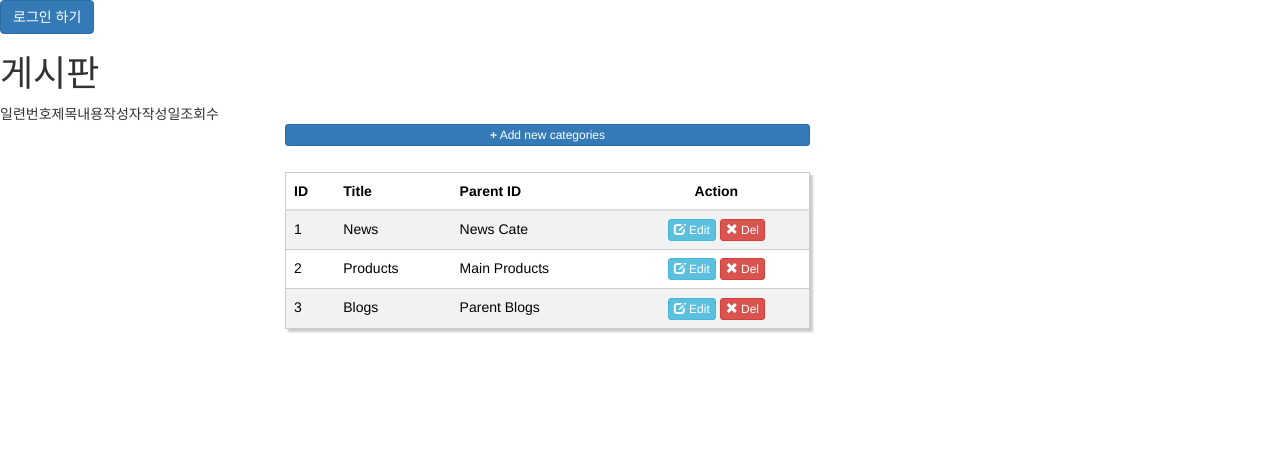
Repository: cheez0909/JSP
Page: http://localhost/1103/session/ServletEX/Board.jsp
The author's editor kept a copy of each file at every save. The page is drawn from the files as they stood at one save, then again after the next save.
The browser window is 1280 px wide. The pictures show the whole page.
Some web libraries are served in a nearby version. The page is served by Tomcat 9. Other server files are loaded and not shown. The template is opened directly, without the code that normally fills it, so the values that code supplies are empty.

Above is the page before, as saved 2023-11-09 05:18:53.

### 1103/src/main/webapp/session/ServletEX/Board.jsp
<%@page import="com.momo.dto.BoardDTO"%>
<%@page import="java.util.List"%>
<%@page import="com.momo.dto.memberDTO"%>
<%@ page language="java" contentType="text/html; charset=UTF-8"
    pageEncoding="UTF-8"%>
<!DOCTYPE html>
<html>
<head>
<meta charset="UTF-8">
<title>게시판</title>
<link href="https://cdn.jsdelivr.net/npm/bootstrap@5.3.1/dist/css/bootstrap.min.css" rel="stylesheet" integrity="sha384-4bw+/aepP/YC94hEpVNVgiZdgIC5+VKNBQNGCHeKRQN+PtmoHDEXuppvnDJzQIu9" crossorigin="anonymous">
<link href="http://netdna.bootstrapcdn.com/bootstrap/3.0.0/css/bootstrap.min.css" rel="stylesheet">
    <style type="text/css">
        .custab{
    border: 1px solid #ccc;
    padding: 5px;
    margin: 5% 0;
    box-shadow: 3px 3px 2px #ccc;
    transition: 0.5s;
    }
.custab:hover{
    box-shadow: 3px 3px 0px transparent;
    transition: 0.5s;
    }
    </style>

<script src="http://code.jquery.com/jquery-1.11.1.min.js"></script>
    <script src="http://netdna.bootstrapcdn.com/bootstrap/3.0.0/js/bootstrap.min.js"></script>

<script>
window.onload = function() {

	let logoutBtn = document.querySelector("#logout_button");

	if(logoutBtn!=null){
		logoutBtn.onclick = function(){
			alert("로그아웃합니다.");
			LoginForm.action = "/LogoutController";
			LoginForm.submit();
		};
	}



	let loginBtn = document.querySelector("#login_button");

	// 널처리를 안하면 오류남!
	if(loginBtn!=null){
	loginBtn.addEventListener('click', function(){
		alert("로그인합니다")
		LoginForm.action = "Login.jsp";
		LoginForm.submit();
	});
	}
}
</script>
</head>
<body>
<!-- 로그인 / 로그아웃 링크 보여주기
	세션에 user_id가 null이 아니라면 로그아웃 버튼
	null이면 로그인
 -->
<form name="LoginForm">
<%

	memberDTO dto = (memberDTO) session.getAttribute("dto");
	if(dto!=null){ %>
		<%=dto.getName() %> 님 환영합니다
		<button type="button" class="btn btn-primary" id="logout_button" style="user-select: auto;">로그아웃 하기</button>
	<%} else {%>
		<button type="button" class="btn btn-primary" id="login_button" style="user-select: auto;">로그인 하기</button>
	<%} %>
</form>




	<h1>게시판</h1>
	<table>
		<tr>
			<td>일련번호</td>
			<td>제목</td>
			<td>내용</td>
			<td>작성자</td>
			<td>작성일</td>
			<td>조회수</td>
		</tr>

<%
	if(request.getAttribute("boarddto")!=null){
		List<BoardDTO> dtos = ( List<BoardDTO> ) request.getAttribute("boarddto");
		for(BoardDTO num : dtos){%>
			<tr>
				<td><%=num.getNum() %></td>
				<td><%=num.getTitle() %></td>
				<td><%=num.getContent() %></td>
				<td><%=num.getId() %></td>
				<td><%=num.getPostdate() %></td>
				<td><%=num.getVisitcount() %></td>
			</tr>

<%}
}%>
</table>


<div class="container">
    <div class="row col-md-6 col-md-offset-2 custyle">
    <table class="table table-striped custab">
    <thead>
    <a href="#" class="btn btn-primary btn-xs pull-right"><b>+</b> Add new categories</a>
        <tr>
            <th>ID</th>
            <th>Title</th>
            <th>Parent ID</th>
            <th class="text-center">Action</th>
        </tr>
    </thead>
            <tr>
                <td>1</td>
                <td>News</td>
                <td>News Cate</td>
                <td class="text-center"><a class='btn btn-info btn-xs' href="#"><span class="glyphicon glyphicon-edit"></span> Edit</a> <a href="#" class="btn btn-danger btn-xs"><span class="glyphicon glyphicon-remove"></span> Del</a></td>
            </tr>
            <tr>
                <td>2</td>
                <td>Products</td>
                <td>Main Products</td>
                <td class="text-center"><a class='btn btn-info btn-xs' href="#"><span class="glyphicon glyphicon-edit"></span> Edit</a> <a href="#" class="btn btn-danger btn-xs"><span class="glyphicon glyphicon-remove"></span> Del</a></td>
            </tr>
            <tr>
                <td>3</td>
                <td>Blogs</td>
                <td>Parent Blogs</td>
                <td class="text-center"><a class='btn btn-info btn-xs' href="#"><span class="glyphicon glyphicon-edit"></span> Edit</a> <a href="#" class="btn btn-danger btn-xs"><span class="glyphicon glyphicon-remove"></span> Del</a></td>
            </tr>
    </table>
    </div>
</div>
<script type="text/javascript"></script>
	<script src="https://cdn.jsdelivr.net/npm/bootstrap@5.3.1/dist/js/bootstrap.bundle.min.js" integrity="sha384-HwwvtgBNo3bZJJLYd8oVXjrBZt8cqVSpeBNS5n7C8IVInixGAoxmnlMuBnhbgrkm" crossorigin="anonymous"></script>
</body>
</html>

After the next save:
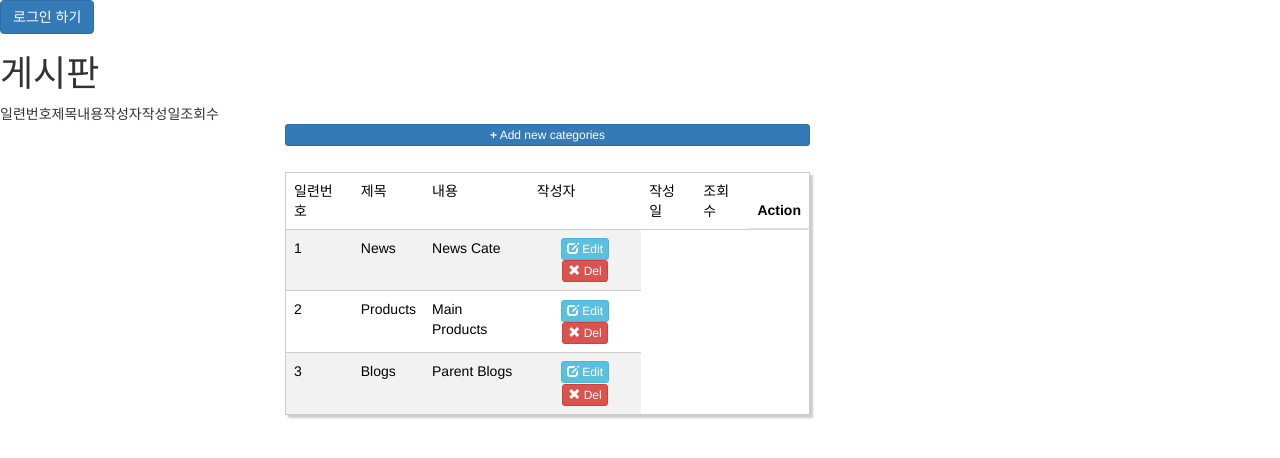
Saved 61 s later.
--- a/1103/src/main/webapp/session/ServletEX/Board.jsp
+++ b/1103/src/main/webapp/session/ServletEX/Board.jsp
@@ -110,9 +110,12 @@
     <thead>
     <a href="#" class="btn btn-primary btn-xs pull-right"><b>+</b> Add new categories</a>
         <tr>
-            <th>ID</th>
-            <th>Title</th>
-            <th>Parent ID</th>
+            <td>일련번호</td>
+			<td>제목</td>
+			<td>내용</td>
+			<td>작성자</td>
+			<td>작성일</td>
+			<td>조회수</td>
             <th class="text-center">Action</th>
         </tr>
     </thead>

After the save that followed:
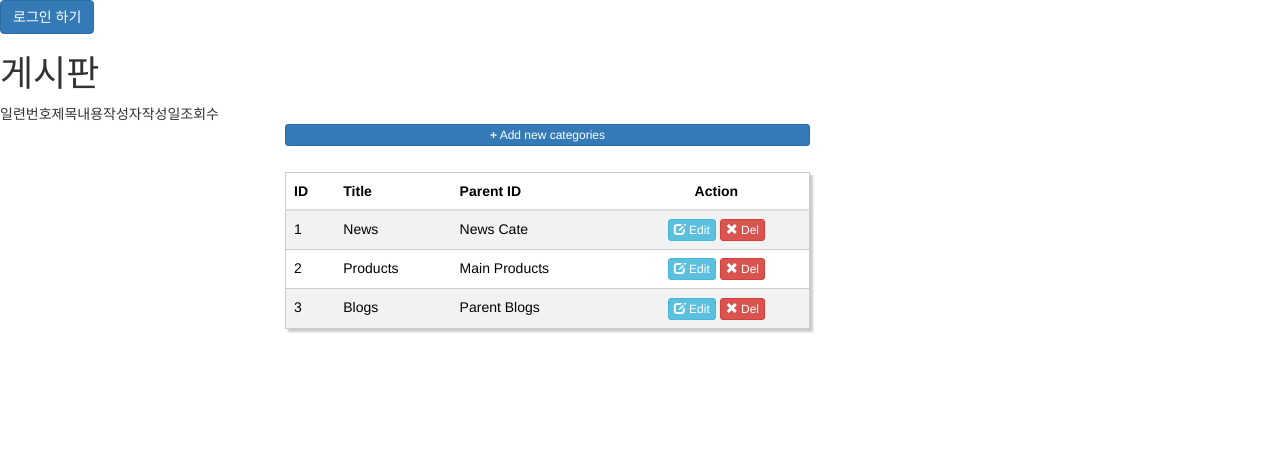
Saved 9 s later.
--- a/1103/src/main/webapp/session/ServletEX/Board.jsp
+++ b/1103/src/main/webapp/session/ServletEX/Board.jsp
@@ -110,12 +110,9 @@
     <thead>
     <a href="#" class="btn btn-primary btn-xs pull-right"><b>+</b> Add new categories</a>
         <tr>
-            <td>일련번호</td>
-			<td>제목</td>
-			<td>내용</td>
-			<td>작성자</td>
-			<td>작성일</td>
-			<td>조회수</td>
+            <th>ID</th>
+            <th>Title</th>
+            <th>Parent ID</th>
             <th class="text-center">Action</th>
         </tr>
     </thead>
